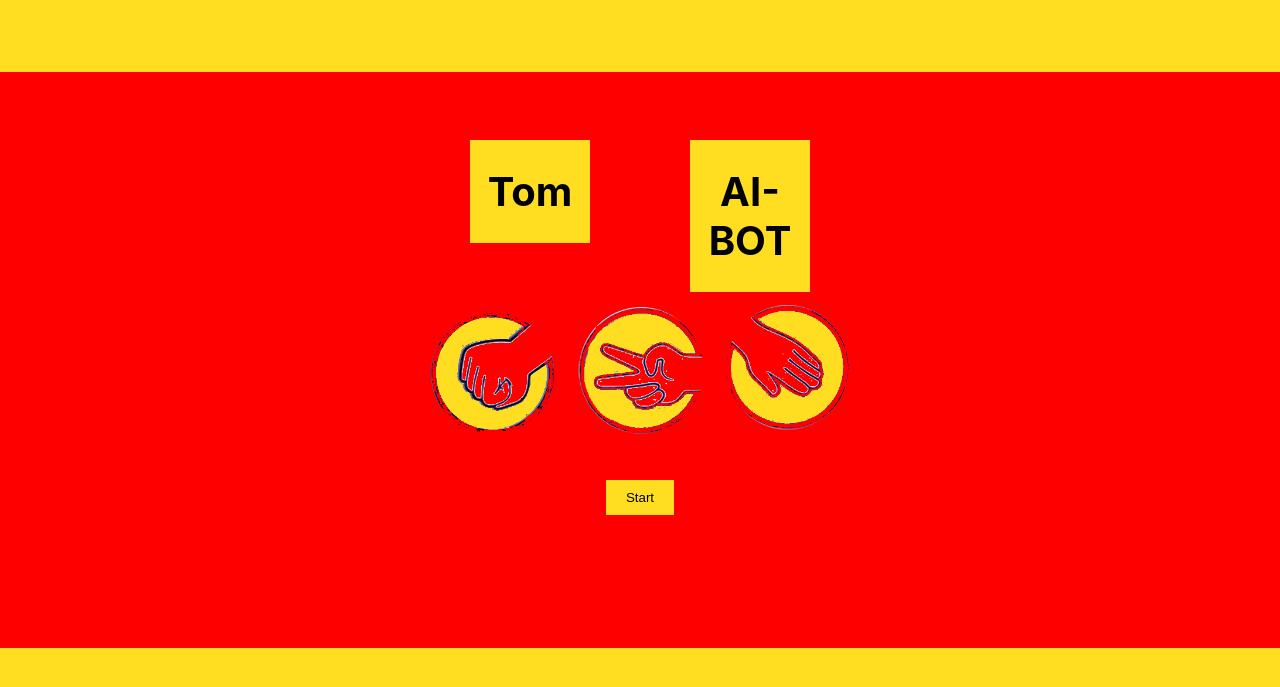
Repository: K009/Rock-Paper-Scissors
Page: /
The author's editor kept a copy of each file at every save. The page is drawn from the files as they stood at one save, then again after the next save.
The browser window is 1280 px wide. The pictures show the whole page.
The project was rebuilt for these pictures with package versions that can differ from the ones it lists, and the page was loaded fresh each time.

Above is the page before, as saved 2020-05-13 10:58:21.

### src/App.js
import React, { Component } from "react";
import "./App.css";
import Player from "./components/Player";
import rock from "./components/img/rock.png";
import scissors from "./components/img/scissors.png";
import paper from "./components/img/paper.png";

const weapon = ["rock", "paper", "scissors"];

class App extends Component {
  constructor() {
    super();
    this.state = {
      playerOne: weapon[0],
      playerTwo: weapon[0],
      winner: "",
    };
    this.state = { counter: 0 };
  }

  startGame = () => {
    let counter = 0;
    let gameInterval = setInterval(() => {
      //to make a delay
      counter++;
      console.log(counter);
      this.setState({
        playerTwo: weapon[Math.floor(Math.random() * weapon.length)],
        winner: "",
      });
      if (counter > 5) {
        clearInterval(gameInterval);
        this.setState({
          winner: this.selectWinner(),
        });
      }
    }, 100);
  };

  selectWinner = () => {
    const { playerOne, playerTwo } = this.state;
    console.log("Player One: " + playerOne + "Player Two: " + playerTwo);
    if (playerOne === playerTwo) {
      console.log("It's a tie");
      return "It's a tie";
    } else if (
      (playerOne === "rock" && playerTwo === "scissors") ||
      (playerOne === "paper" && playerTwo === "rock") ||
      (playerOne === "scissors" && playerTwo === "paper")
    ) {
      return "Player one wins!";
    } else {
      return "Player two wins!";
    }
  };

  selectWeapon = (weapon) => {
    //in argument it gets a value that is going to be set for playerOne
    this.setState({
      playerOne: weapon, //here it gets changed
      winner: "", //winner without any changes - still ""
    });
  };

  increment() {
    this.setState({
      counter: this.state.counter + 1,
    });
  }

  render() {
    const { playerOne, playerTwo, winner } = this.state;
    return (
      <div className="App">
        <div className="Header" />
        <div className="Main-part">
          <div className="Players">
            <Player playerName="Tom" weapon={playerOne} />
            <div className="break"> </div>
            <Player playerName="AI-BOT" weapon={playerTwo} />
          </div>
          <div className="images">
            <img
              className="weaponimg"
              src={rock}
              onClick={() => this.selectWeapon("rock")}
              alt="Rock"
            />
            <img
              className="weaponimg"
              src={scissors}
              onClick={() => this.selectWeapon("scissors")}
              alt="Rock"
            />
            <img
              className="weaponimg"
              src={paper}
              onClick={() => this.selectWeapon("paper")}
              alt="Rock"
            />
          </div>
          <div className="buttons"></div>
          <div className="winner">{winner ? this.selectWinner() : null}</div>
          <button className="weapon" onClick={this.startGame}>
            Start
          </button>
        </div>
        <footer />
      </div>
    );
  }
}

export default App;

### src/App.css
.Header {
  min-height: 10vh;
  text-align: center;
  justify-content: space-around;
  background-color: #ffde22;
  display: flex;
  flex-wrap: wrap;
}

.Main-part {
  background-color: red;
  min-height: 80vh;
  text-align: center;
}

.Players {
  text-align: center;
  display: inline-block;
}

.break {
  width: 100px;
  min-height: 20vh;
  background-color: red;
  float: left;
}

.weaponimg {
  width: 150px;
  height: 150px;
}

.weaponimg:hover {
  width: 160px;
  height: 160px;
  cursor: pointer;
}

.weapon {
  background: #ffde22;
  margin-top: 15px;
  border: none;
  padding: 10px 20px;
  color: black;
}

.weapon:hover {
  background: #ecce20;
  cursor: pointer;
}

.winner {
  color: #ffde22;
  font-size: 20px;
  margin-top: 15px;
}

footer {
  min-height: 10vh;
  background-color: #ffde22;
  width: 100%;
  position: absolute;
  left: 0;
  bottom: 0;
}

### src/components/Player.js
import React from "react";
import style from "./player.module.css";

const Player = ({ playerName }) => {
  return (
    <div className={style.player}>
      <h1>{playerName}</h1>
    </div>
  );
};

export default Player;

### src/components/player.module.css
.player {
  background-color: #ffde22;
  font-size: 20px;
  text-align: center;
  width: 120px;
  float: left;
  margin-top: 20%;
}

Loaded but not shown: public/index.html (common file); src/index.js (common file); src/index.css (common file); src/serviceWorker.js (common file)

After the next save:
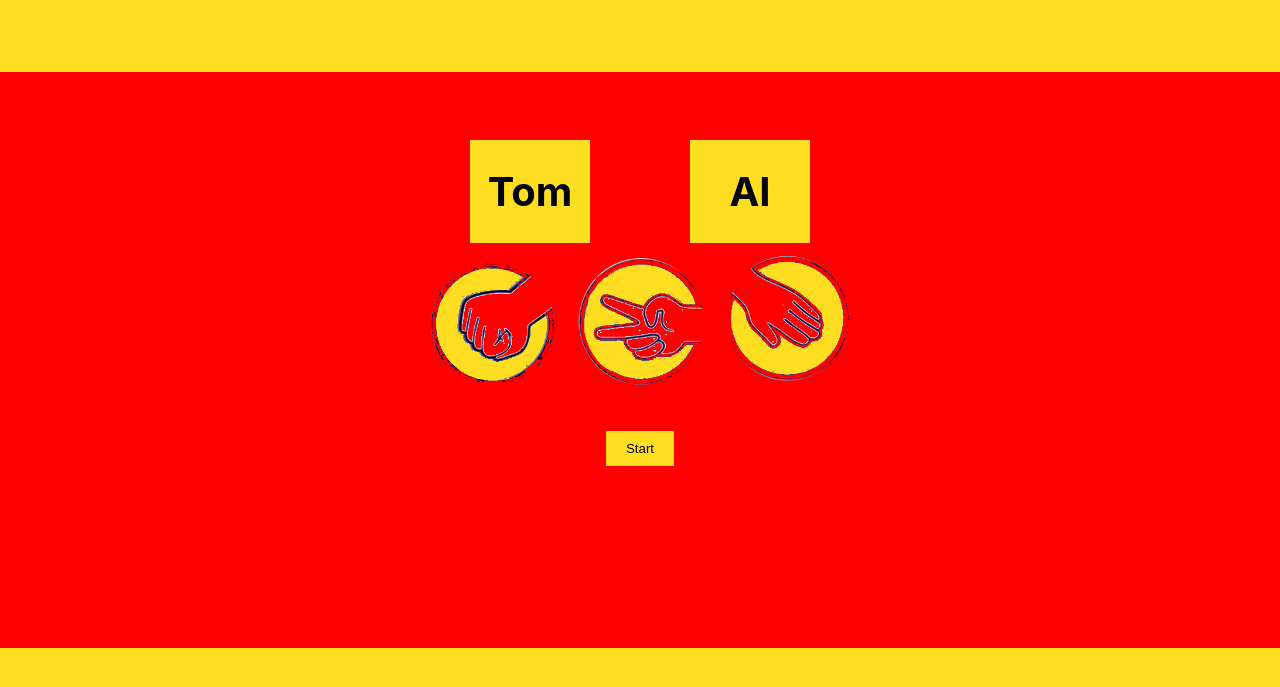
Saved 6 s later.
--- a/src/App.js
+++ b/src/App.js
@@ -77,7 +77,7 @@ class App extends Component {
           <div className="Players">
             <Player playerName="Tom" weapon={playerOne} />
             <div className="break"> </div>
-            <Player playerName="AI-BOT" weapon={playerTwo} />
+            <Player playerName="AI" weapon={playerTwo} />
           </div>
           <div className="images">
             <img
